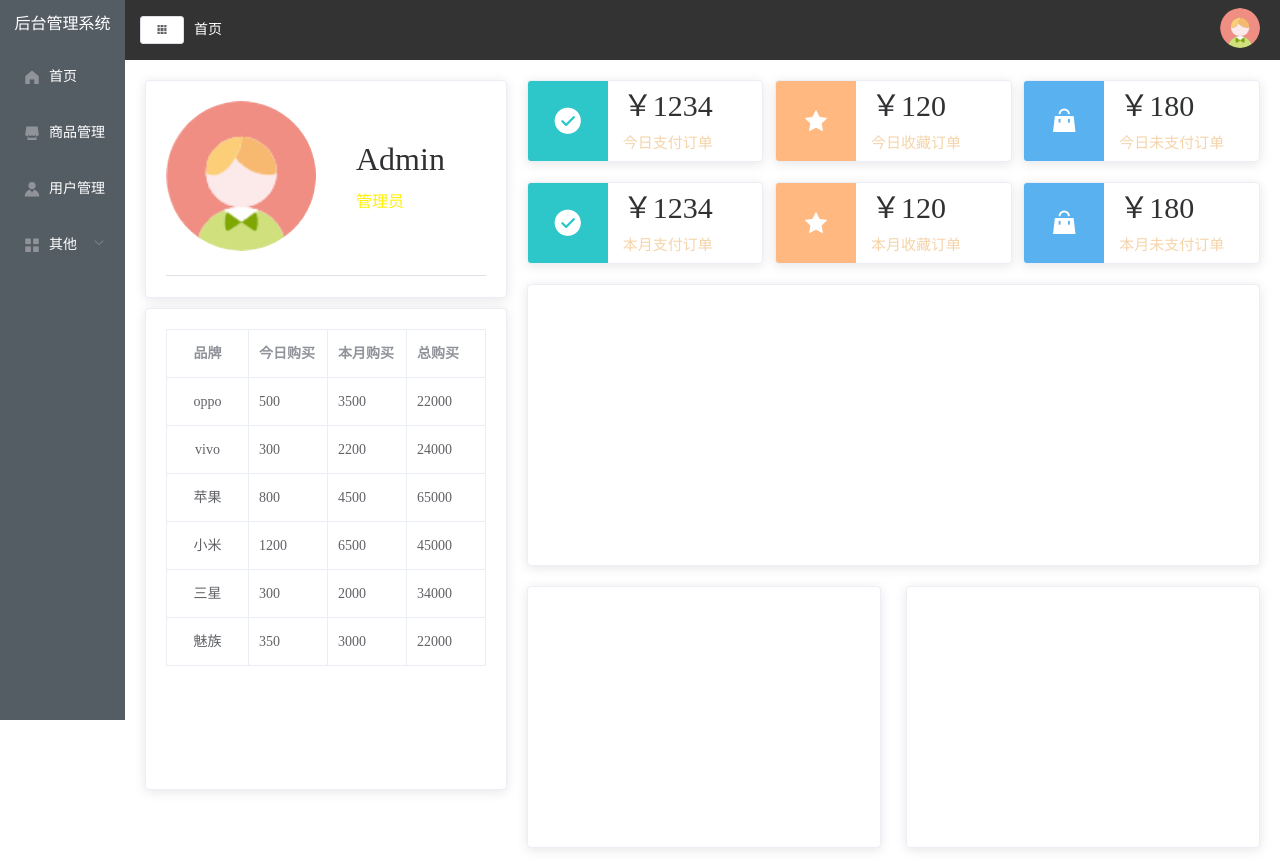
Repository: tkqi/manage
Page: /
The author's editor kept a copy of each file at every save. The page is drawn from the files as they stood at one save, then again after the next save.
The browser window is 1280 px wide. The pictures show the whole page.
The project was rebuilt for these pictures with package versions that can differ from the ones it lists, and the page was loaded fresh each time. Also part of the build but not shown: vue.config.js.

Above is the page before, as saved 2023-12-06 19:06:07.

After the next save:
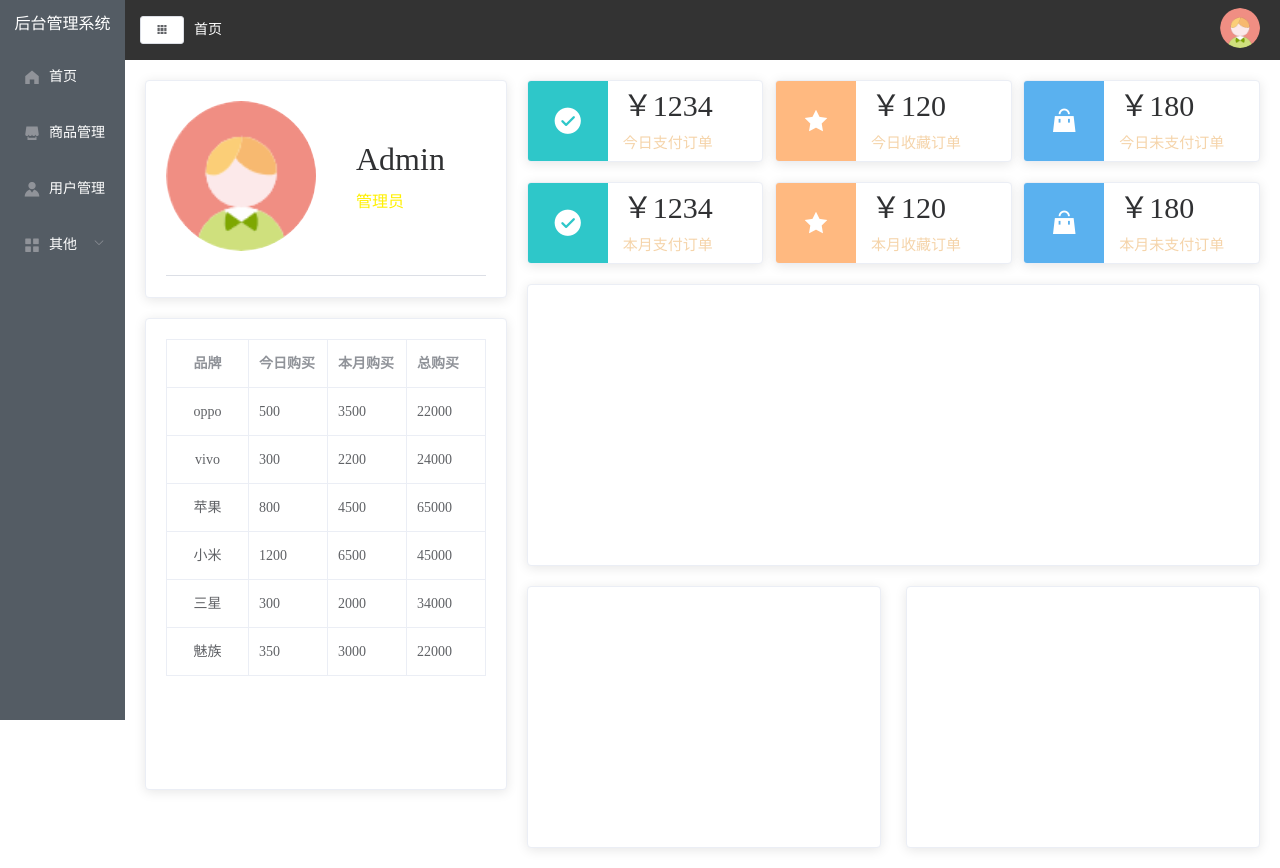
Saved 11 s later.
--- a/src/views/Home.vue
+++ b/src/views/Home.vue
@@ -154,8 +154,8 @@ export default {
 }
 
 .table {
-    margin-top: 10px;
-    height: 480px;
+    margin-top: 20px;
+    height: 470px;
 
     el-table {
         height: 100%;
